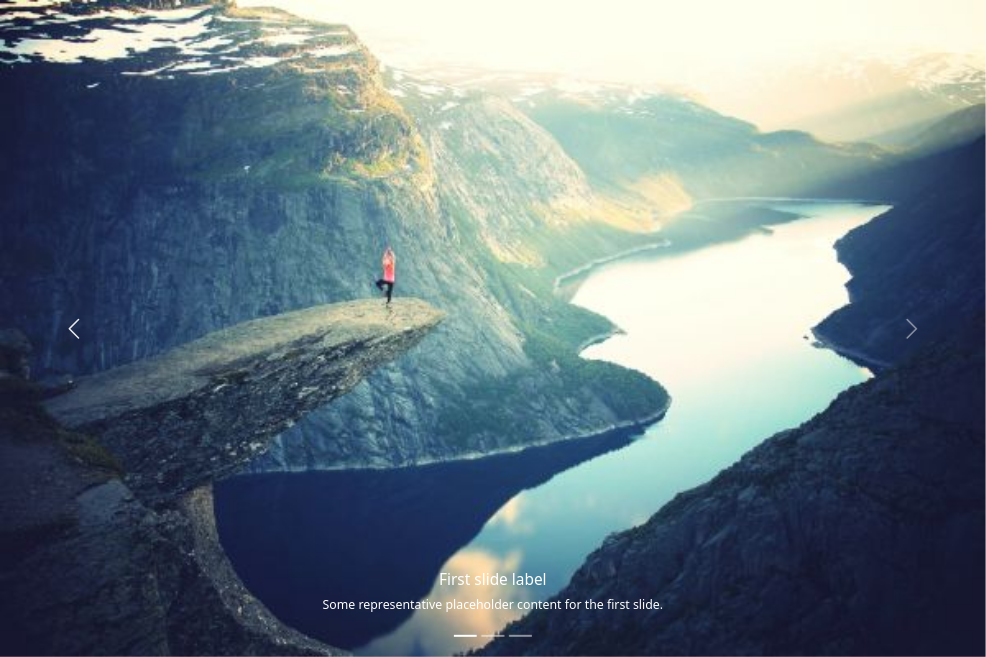
Repository: nguyenhung50497/MD2_bootstrap
Page: BT_galleryBt/index.html
These files come from the project's save history. The page is drawn as it stood at one moment and after the next save; the edit follows.
The browser window is 1280 px wide. The pictures show the whole page, at 77% of full size.

Above is the page before, as saved 2022-11-30 13:53:06.

### BT_galleryBt/index.html
<!DOCTYPE html>
<html lang="en">
<head>
    <meta charset="UTF-8">
    <meta http-equiv="X-UA-Compatible" content="IE=edge">
    <meta name="viewport" content="width=device-width, initial-scale=1.0">
    <!-- CSS only -->
    <link href="https://cdn.jsdelivr.net/npm/bootstrap@5.2.3/dist/css/bootstrap.min.css" rel="stylesheet" integrity="sha384-rbsA2VBKQhggwzxH7pPCaAqO46MgnOM80zW1RWuH61DGLwZJEdK2Kadq2F9CUG65" crossorigin="anonymous">
    <title>Document</title>
</head>
<body>
    <div id="carouselExampleCaptions" class="carousel slide" data-bs-ride="false">
        <div class="carousel-indicators">
          <button type="button" data-bs-target="#carouselExampleCaptions" data-bs-slide-to="0" class="active" aria-current="true" aria-label="Slide 1"></button>
          <button type="button" data-bs-target="#carouselExampleCaptions" data-bs-slide-to="1" aria-label="Slide 2"></button>
          <button type="button" data-bs-target="#carouselExampleCaptions" data-bs-slide-to="2" aria-label="Slide 3"></button>
        </div>
        <div class="carousel-inner">
          <div class="carousel-item active">
            <img src="anh1.jpg" class="d-block w-100" alt="Anh 1">
            <div class="carousel-caption d-none d-md-block">
              <h5>First slide label</h5>
              <p>Some representative placeholder content for the first slide.</p>
            </div>
          </div>
          <div class="carousel-item">
            <img src="anh2.jpg" class="d-block w-100" alt="Anh 2">
            <div class="carousel-caption d-none d-md-block">
              <h5>Second slide label</h5>
              <p>Some representative placeholder content for the second slide.</p>
            </div>
          </div>
          <div class="carousel-item">
            <img src="anh3.jpg" class="d-block w-100" alt="Anh 3">
            <div class="carousel-caption d-none d-md-block">
              <h5>Third slide label</h5>
              <p>Some representative placeholder content for the third slide.</p>
            </div>
          </div>
        </div>
        <button class="carousel-control-prev" type="button" data-bs-target="#carouselExampleCaptions" data-bs-slide="prev">
          <span class="carousel-control-prev-icon" aria-hidden="true"></span>
          <span class="visually-hidden">Previous</span>
        </button>
        <button class="carousel-control-next" type="button" data-bs-target="#carouselExampleCaptions" data-bs-slide="next">
          <span class="carousel-control-next-icon" aria-hidden="true"></span>
          <span class="visually-hidden">Next</span>
        </button>
      </div>
</body>
</html>

After the next save:
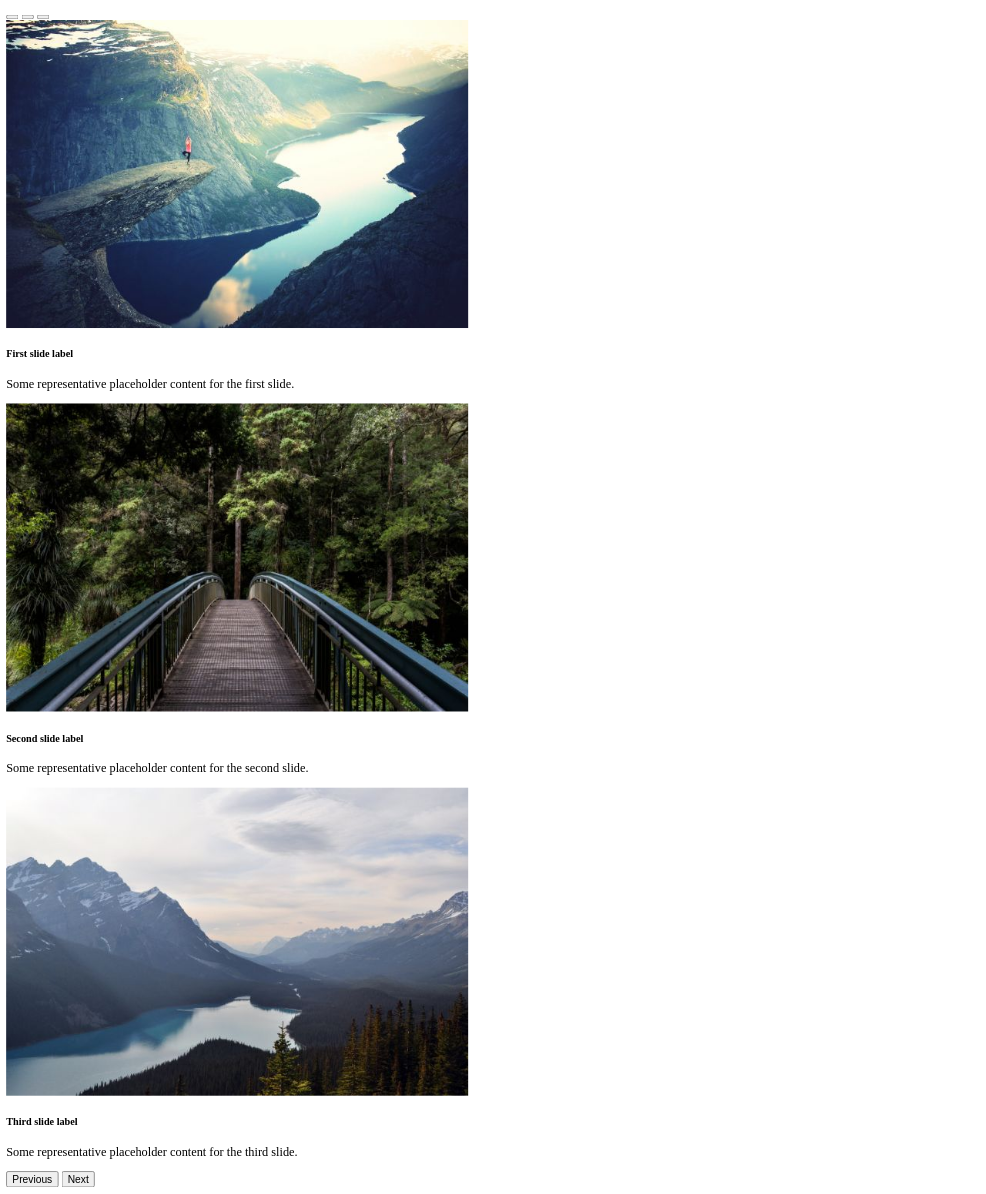
Saved 14 s later.
--- a/BT_galleryBt/index.html
+++ b/BT_galleryBt/index.html
@@ -5,7 +5,7 @@
     <meta http-equiv="X-UA-Compatible" content="IE=edge">
     <meta name="viewport" content="width=device-width, initial-scale=1.0">
     <!-- CSS only -->
-    <link href="https://cdn.jsdelivr.net/npm/bootstrap@5.2.3/dist/css/bootstrap.min.css" rel="stylesheet" integrity="sha384-rbsA2VBKQhggwzxH7pPCaAqO46MgnOM80zW1RWuH61DGLwZJEdK2Kadq2F9CUG65" crossorigin="anonymous">
+
     <title>Document</title>
 </head>
 <body>

After the 4 saves that followed:
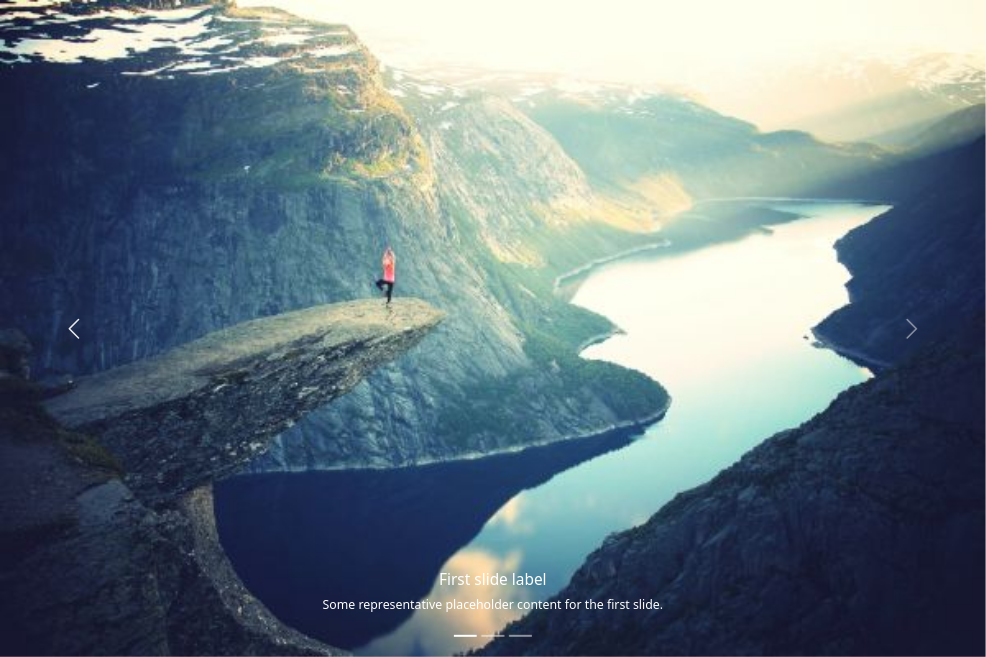
The 4 saves are shown as one change because 1 left the picture as it was and some came seconds apart.
The last was saved 12 s later.
--- a/BT_galleryBt/index.html
+++ b/BT_galleryBt/index.html
@@ -4,8 +4,8 @@
     <meta charset="UTF-8">
     <meta http-equiv="X-UA-Compatible" content="IE=edge">
     <meta name="viewport" content="width=device-width, initial-scale=1.0">
-    <!-- CSS only -->
-
+    <link href="https://cdn.jsdelivr.net/npm/bootstrap@5.2.3/dist/css/bootstrap.min.css" rel="stylesheet" integrity="sha384-rbsA2VBKQhggwzxH7pPCaAqO46MgnOM80zW1RWuH61DGLwZJEdK2Kadq2F9CUG65" crossorigin="anonymous">
+<script src="https://cdn.jsdelivr.net/npm/bootstrap@5.2.3/dist/js/bootstrap.bundle.min.js" integrity="sha384-kenU1KFdBIe4zVF0s0G1M5b4hcpxyD9F7jL+jjXkk+Q2h455rYXK/7HAuoJl+0I4" crossorigin="anonymous"></script>
     <title>Document</title>
 </head>
 <body>
